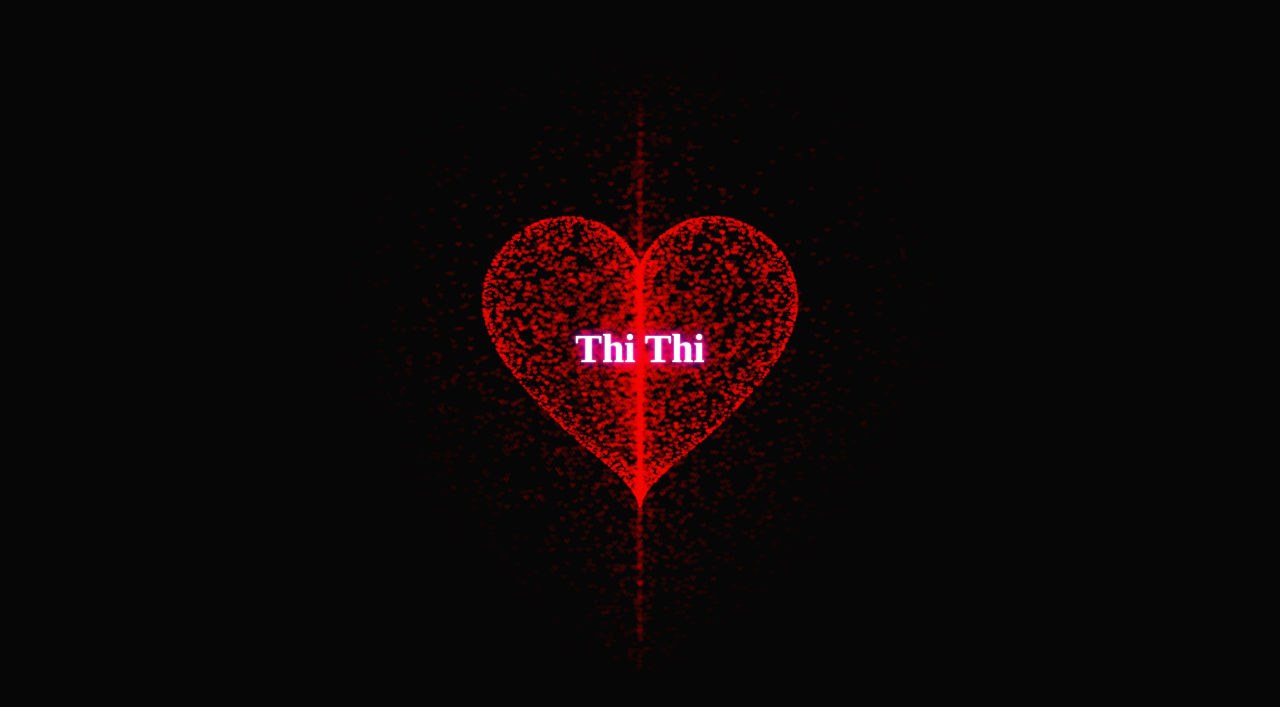
Repository: buivinhk1/Heart
Page: heart.html
These files come from the project's save history. The page is drawn as it stood at one moment and after the next save; the edit follows.
The browser window is 1280 px wide. The pictures show the whole page.
Some web fonts or font styles are not loaded; a fallback is used.

Above is the page before, as saved 2023-02-11 20:50:31.

### heart.html
<!DOCTYPE HTML PUBLIC "-//W3C//DTD HTML 4.0 Transitional//EN">
<HTML>

<HEAD>
    <TITLE> Vinh Đức Bùi </TITLE>
    <META NAME="Generator" CONTENT="EditPlus">
    <META NAME="Author" CONTENT="">
    <META NAME="Keywords" CONTENT="">
    <META NAME="Description" CONTENT="">
    <link rel="stylesheet" href="style.css">
    <style>
        html,
        body {
            height: 100%;
            padding: 0;
            margin: 0;
            background: rgba(0, 0, 0, 0.851);
        }

        canvas {
            position: absolute;
            width: 100%;
            height: 100%;
        }
    </style>
</HEAD>

<BODY>
    <div class="box">
        <canvas id="pinkboard"></canvas>

    </div>
    <h1 class="name">Thi Thi</h1>
    <script>
        var settings = {
            particles: {
                length: 10000, // maximum amount of particles
                duration: 4, // particle duration in sec
                velocity: 80, // particle velocity in pixels/sec
                effect: -1.3, // play with this for a nice effect
                size: 8, // particle size in pixels
            },
        };
        /*
         */
        (function() {
            var b = 0;
            var c = ["ms", "moz", "webkit", "o"];
            for (var a = 0; a < c.length && !window.requestAnimationFrame; ++a) {
                window.requestAnimationFrame = window[c[a] + "RequestAnimationFrame"];
                window.cancelAnimationFrame = window[c[a] + "CancelAnimationFrame"] || window[c[a] + "CancelRequestAnimationFrame"]
            }
            if (!window.requestAnimationFrame) {
                window.requestAnimationFrame = function(h, e) {
                    var d = new Date().getTime();
                    var f = Math.max(0, 16 - (d - b));
                    var g = window.setTimeout(function() {
                        h(d + f)
                    }, f);
                    b = d + f;
                    return g
                }
            }
            if (!window.cancelAnimationFrame) {
                window.cancelAnimationFrame = function(d) {
                    clearTimeout(d)
                }
            }
        }());
        /*
         * Point class
         */
        var Point = (function() {
            function Point(x, y) {
                this.x = (typeof x !== 'undefined') ? x : 0;
                this.y = (typeof y !== 'undefined') ? y : 0;
            }
            Point.prototype.clone = function() {
                return new Point(this.x, this.y);
            };
            Point.prototype.length = function(length) {
                if (typeof length == 'undefined')
                    return Math.sqrt(this.x * this.x + this.y * this.y);
                this.normalize();
                this.x *= length;
                this.y *= length;
                return this;
            };
            Point.prototype.normalize = function() {
                var length = this.length();
                this.x /= length;
                this.y /= length;
                return this;
            };
            return Point;
        })();
        /*
         * Particle class
         */
        var Particle = (function() {
            function Particle() {
                this.position = new Point();
                this.velocity = new Point();
                this.acceleration = new Point();
                this.age = 0;
            }
            Particle.prototype.initialize = function(x, y, dx, dy) {
                this.position.x = x;
                this.position.y = y;
                this.velocity.x = dx;
                this.velocity.y = dy;
                this.acceleration.x = dx * settings.particles.effect;
                this.acceleration.y = dy * settings.particles.effect;
                this.age = 0;
            };
            Particle.prototype.update = function(deltaTime) {
                this.position.x += this.velocity.x * deltaTime;
                this.position.y += this.velocity.y * deltaTime;
                this.velocity.x += this.acceleration.x * deltaTime;
                this.velocity.y += this.acceleration.y * deltaTime;
                this.age += deltaTime;
            };
            Particle.prototype.draw = function(context, image) {
                function ease(t) {
                    return (--t) * t * t + 1;
                }
                var size = image.width * ease(this.age / settings.particles.duration);
                context.globalAlpha = 1 - this.age / settings.particles.duration;
                context.drawImage(image, this.position.x - size / 2, this.position.y - size / 2, size, size);
            };
            return Particle;
        })();
        /*
         * ParticlePool class
         */
        var ParticlePool = (function() {
            var particles,
                firstActive = 0,
                firstFree = 0,
                duration = settings.particles.duration;

            function ParticlePool(length) {
                // create and populate particle pool
                particles = new Array(length);
                for (var i = 0; i < particles.length; i++)
                    particles[i] = new Particle();
            }
            ParticlePool.prototype.add = function(x, y, dx, dy) {
                particles[firstFree].initialize(x, y, dx, dy);

                // handle circular queue
                firstFree++;
                if (firstFree == particles.length) firstFree = 0;
                if (firstActive == firstFree) firstActive++;
                if (firstActive == particles.length) firstActive = 0;
            };
            ParticlePool.prototype.update = function(deltaTime) {
                var i;

                // update active particles
                if (firstActive < firstFree) {
                    for (i = firstActive; i < firstFree; i++)
                        particles[i].update(deltaTime);
                }
                if (firstFree < firstActive) {
                    for (i = firstActive; i < particles.length; i++)
                        particles[i].update(deltaTime);
                    for (i = 0; i < firstFree; i++)
                        particles[i].update(deltaTime);
                }

                // remove inactive particles
                while (particles[firstActive].age >= duration && firstActive != firstFree) {
                    firstActive++;
                    if (firstActive == particles.length) firstActive = 0;
                }


            };
            ParticlePool.prototype.draw = function(context, image) {
                // draw active particles
                if (firstActive < firstFree) {
                    for (i = firstActive; i < firstFree; i++)
                        particles[i].draw(context, image);
                }
                if (firstFree < firstActive) {
                    for (i = firstActive; i < particles.length; i++)
                        particles[i].draw(context, image);
                    for (i = 0; i < firstFree; i++)
                        particles[i].draw(context, image);
                }
            };
            return ParticlePool;
        })();
        /*
         * Putting it all together
         */
        (function(canvas) {
            var context = canvas.getContext('2d'),
                particles = new ParticlePool(settings.particles.length),
                particleRate = settings.particles.length / settings.particles.duration, // particles/sec
                time;

            // get point on heart with -PI <= t <= PI
            function pointOnHeart(t) {
                return new Point(
                    160 * Math.pow(Math.sin(t), 3),
                    130 * Math.cos(t) - 50 * Math.cos(2 * t) - 20 * Math.cos(3 * t) - 10 * Math.cos(4 * t) + 25
                );
            }

            // creating the particle image using a dummy canvas
            var image = (function() {
                var canvas = document.createElement('canvas'),
                    context = canvas.getContext('2d');
                canvas.width = settings.particles.size;
                canvas.height = settings.particles.size;
                // helper function to create the path
                function to(t) {
                    var point = pointOnHeart(t);
                    point.x = settings.particles.size / 2 + point.x * settings.particles.size / 350;
                    point.y = settings.particles.size / 2 - point.y * settings.particles.size / 350;
                    return point;
                }
                // create the path
                context.beginPath();
                var t = -Math.PI;
                var point = to(t);
                context.moveTo(point.x, point.y);
                while (t < Math.PI) {
                    t += 0.01; // baby steps!
                    point = to(t);
                    context.lineTo(point.x, point.y);
                }
                context.closePath();
                // create the fill
                context.fillStyle = '#f50b02';
                context.fill();
                // create the image
                var image = new Image();
                image.src = canvas.toDataURL();
                return image;
            })();

            // render that thing!
            function render() {
                // next animation frame
                requestAnimationFrame(render);

                // update time
                var newTime = new Date().getTime() / 1000,
                    deltaTime = newTime - (time || newTime);
                time = newTime;

                // clear canvas
                context.clearRect(0, 0, canvas.width, canvas.height);

                // create new particles
                var amount = particleRate * deltaTime;
                for (var i = 0; i < amount; i++) {
                    var pos = pointOnHeart(Math.PI - 2 * Math.PI * Math.random());
                    var dir = pos.clone().length(settings.particles.velocity);
                    particles.add(canvas.width / 2 + pos.x, canvas.height / 2 - pos.y, dir.x, -dir.y);
                }

                // update and draw particles
                particles.update(deltaTime);
                particles.draw(context, image);
            }

            // handle (re-)sizing of the canvas
            function onResize() {
                canvas.width = canvas.clientWidth;
                canvas.height = canvas.clientHeight;
            }
            window.onresize = onResize;

            // delay rendering bootstrap
            setTimeout(function() {
                onResize();
                render();
            }, 10);
        })(document.getElementById('pinkboard'));
    </script>
</BODY>

</HTML>

### style.css
@import url('https://fonts.googleapis.com/css2?family=Mr+Dafoe&display=swap');
@import url('https://fonts.googleapis.com/css2?family=Exo:wght@900&display=swap');
body {
    display: flex;
    justify-content: center;
    align-items: center;
    background: #2c3e50
}

.box {
    width: 1000px;
    position: absolute;
    top: 50%;
    left: 50%;
    transform: translate(-50%, -50%);
    display: flex;
    flex-direction: column;
}

#pinkboard {
    position: relative;
    margin: auto;
    height: 750px;
    width: 750px;
    animation: animate 1.2s infinite;
}

#pinkboard:before,
#pinkboard:after {
    content: '';
    position: absolute;
    background: #d630c8;
    width: 100px;
    height: 160px;
    border-top-left-radius: 50px;
    border-top-right-radius: 50px;
}

#pinkboard:before {
    left: 100px;
    transform: rotate(-45deg);
    transform-origin: 0 100%;
    box-shadow: 0 14px 28px rgba(0, 0, 0, 0.25), 0 10px 10px rgba(0, 0, 0, 0.22);
}

#pinkboard:after {
    left: 0;
    transform: rotate(45deg);
    transform-origin: 100% 100%;
}

@keyframes animate {
    0% {
        transform: scale(1);
    }
    30% {
        transform: scale(.8);
    }
    60% {
        transform: scale(1.2);
    }
    100% {
        transform: scale(1);
    }
}

.name {
    font-family: 'Mr Dafoe';
    margin: 0;
    font-size: 2.5em;
    margin-top: -0.6em;
    color: white;
    text-shadow: 0 0 0.05em #fff, 0 0 0.2em #fe05e1, 0 0 0.3em #fe05e1;
    /* transform: rotate(-7deg); */
    z-index: 1000
}

After the next save:
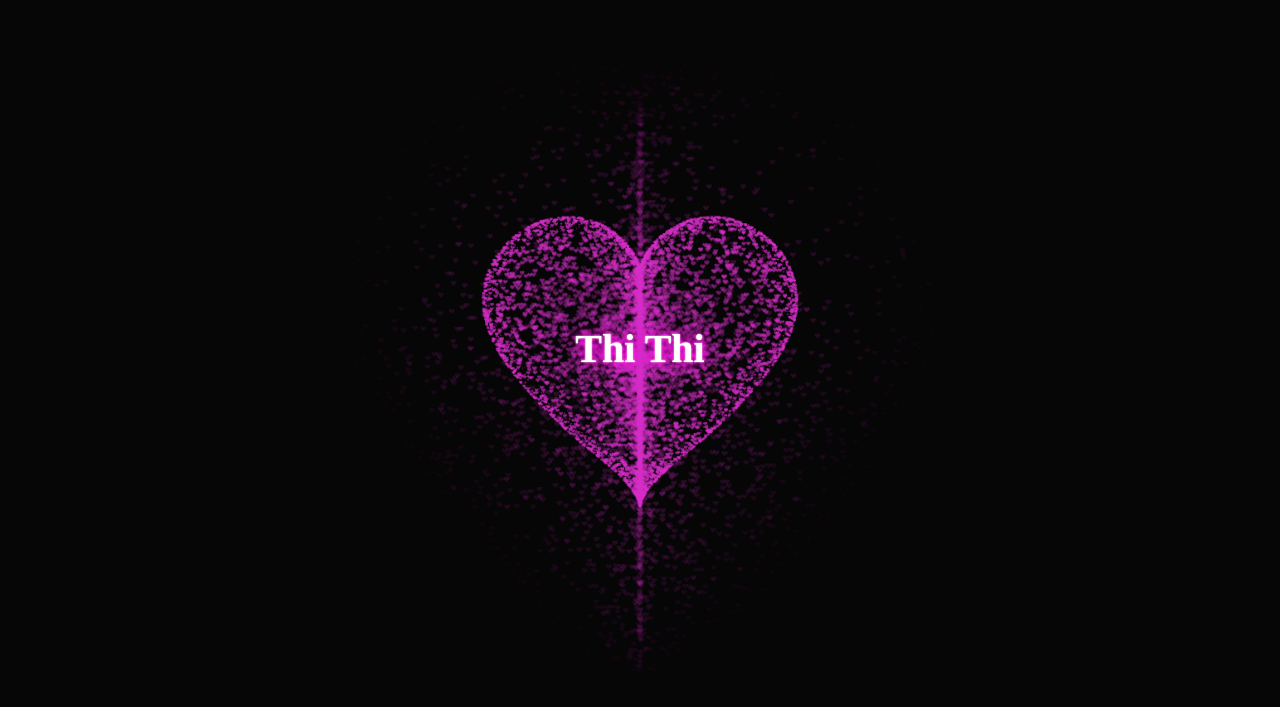
Saved 104 s later.
--- a/heart.html
+++ b/heart.html
@@ -234,7 +234,7 @@
                 }
                 context.closePath();
                 // create the fill
-                context.fillStyle = '#f50b02';
+                context.fillStyle = '#d630c8';
                 context.fill();
                 // create the image
                 var image = new Image();
